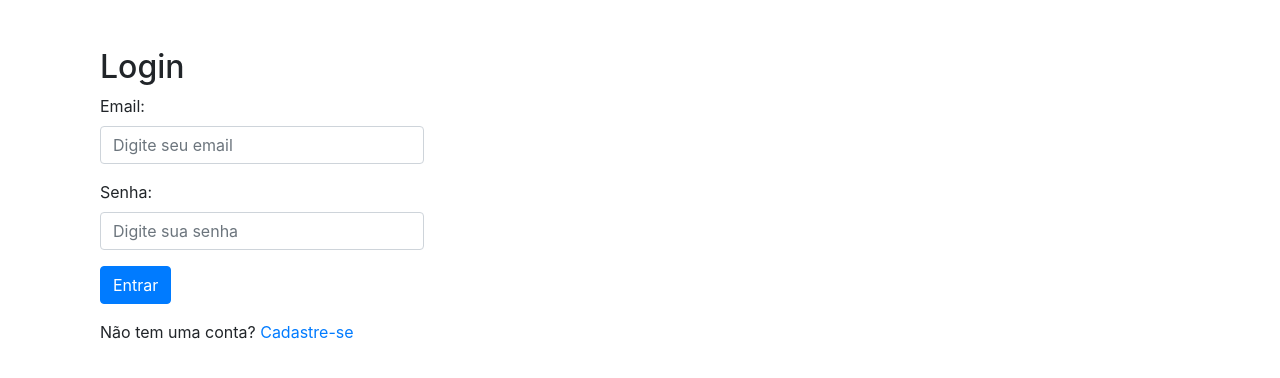
Repository: AndersonSchinemann/ProjetoSaas
Page: TopData/src/main/resources/static/views/loginUser.html
These files come from the project's save history. The page is drawn as it stood at one moment and after the next save; the edit follows.
The browser window is 1280 px wide. The pictures show the whole page.

Above is the page before, as saved 2023-11-18 20:46:31.

After the next save:
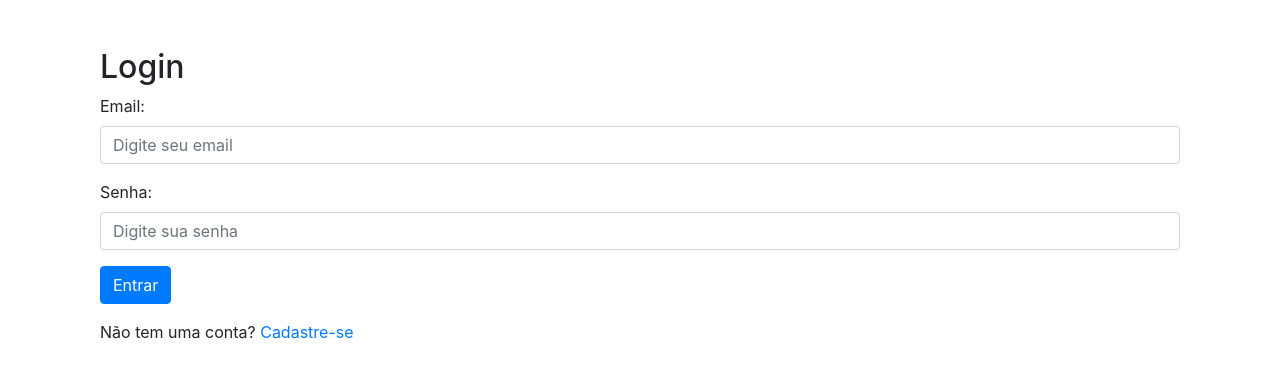
Saved 4 min 47 s later.
--- a/TopData/src/main/resources/static/views/loginUser.html
+++ b/TopData/src/main/resources/static/views/loginUser.html
@@ -6,9 +6,7 @@
 -->
 
 <!-- Adicione ng-bootstrap CSS e JavaScript -->
-<link rel="stylesheet" href="https://maxcdn.bootstrapcdn.com/bootstrap/4.5.2/css/bootstrap.min.css">
 
-<script src="https://ajax.googleapis.com/ajax/libs/angularjs/1.8.2/angular.min.js"></script>
 
 <title>Login</title>
 
@@ -19,6 +17,10 @@
      /* Para centralizar horizontalmente */
   }
 </style>
+
+<link rel="stylesheet" href="https://maxcdn.bootstrapcdn.com/bootstrap/4.5.2/css/bootstrap.min.css">
+
+<script src="https://ajax.googleapis.com/ajax/libs/angularjs/1.8.2/angular.min.js"></script>
 
 <!-- Seus scripts Angular -->
 <script src="js/controllerLogin.js"></script>

After the save that followed:
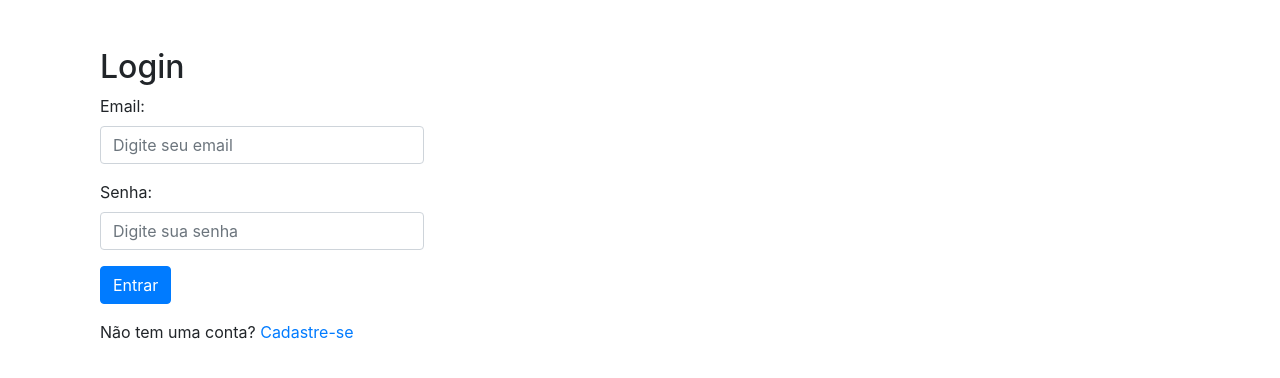
Saved 106 s later.
--- a/TopData/src/main/resources/static/views/loginUser.html
+++ b/TopData/src/main/resources/static/views/loginUser.html
@@ -6,9 +6,11 @@
 -->
 
 <!-- Adicione ng-bootstrap CSS e JavaScript -->
+<link rel="stylesheet" href="https://maxcdn.bootstrapcdn.com/bootstrap/4.5.2/css/bootstrap.min.css">
+
+<script src="https://ajax.googleapis.com/ajax/libs/angularjs/1.8.2/angular.min.js"></script>
 
 
-<title>Login</title>
 
 <style>
   /* Adicione um estilo personalizado para ajustar a largura dos inputs */
@@ -17,11 +19,7 @@
      /* Para centralizar horizontalmente */
   }
 </style>
-
-<link rel="stylesheet" href="https://maxcdn.bootstrapcdn.com/bootstrap/4.5.2/css/bootstrap.min.css">
-
-<script src="https://ajax.googleapis.com/ajax/libs/angularjs/1.8.2/angular.min.js"></script>
-
+<title>Tela Login</title>
 <!-- Seus scripts Angular -->
 <script src="js/controllerLogin.js"></script>
 
